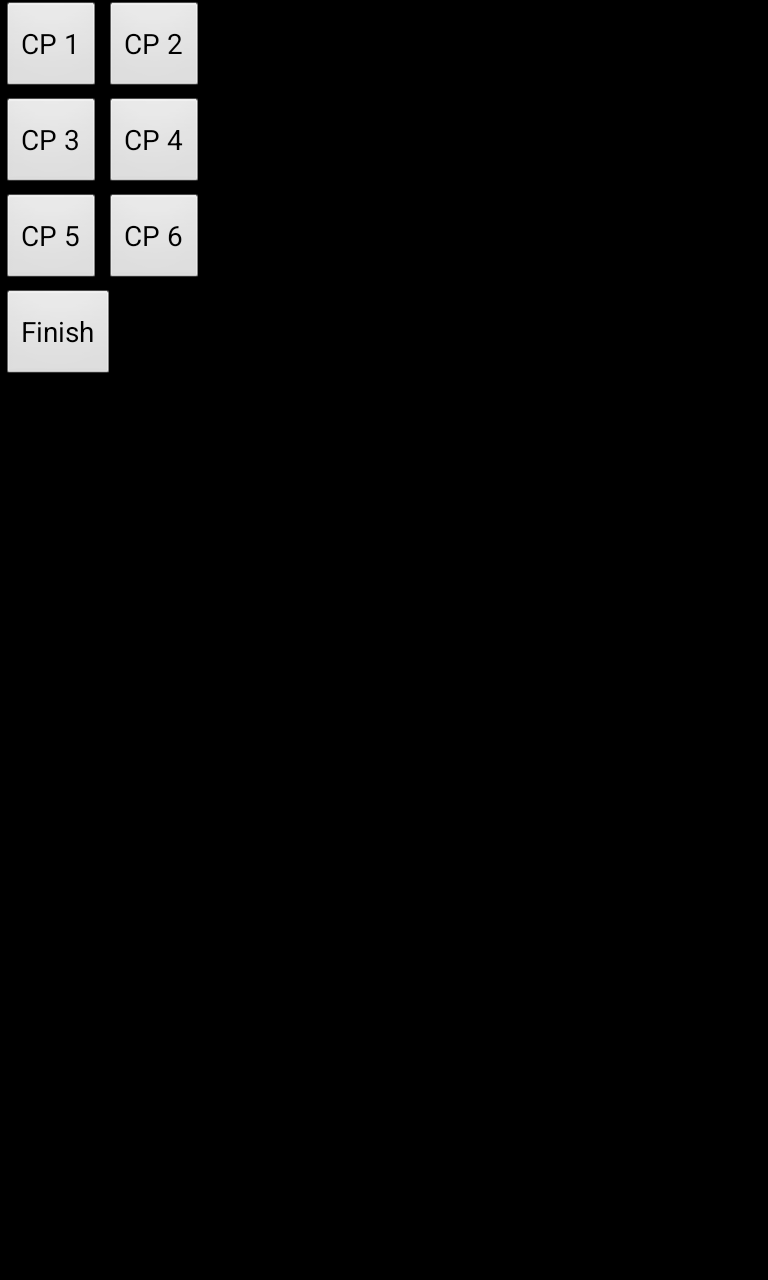
Repository: lotze/AndroidCheckpointScanner
Layout: checkpoint_android_app/res/layout/main.xml
These files come from the project's save history. The layout is drawn as it stood at one moment and after the next save; the edit follows.
It is drawn on a 768 x 1280 px phone screen (xhdpi) without system bars, with theme android:Theme; the app's code is not run.

Above is the layout before, as saved 2011-05-20 00:25:50.

After the next save:
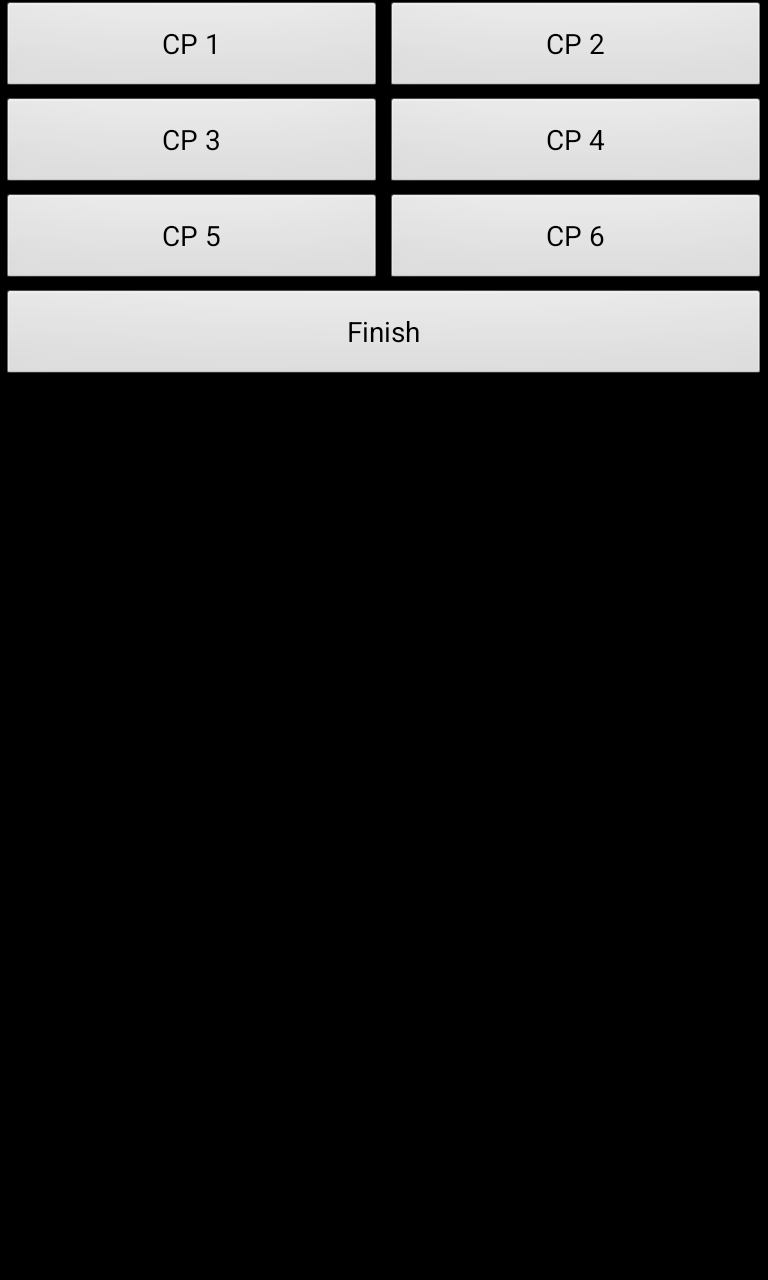
Saved 2 min 53 s later.
--- a/checkpoint_android_app/res/layout/main.xml
+++ b/checkpoint_android_app/res/layout/main.xml
@@ -5,19 +5,18 @@
     android:layout_height="fill_parent"
     >
     <TableLayout android:layout_height="wrap_content" android:layout_width="fill_parent" android:id="@+id/tableLayout1">
-        <TableRow android:id="@+id/tableRow1" android:layout_width="wrap_content" android:layout_height="wrap_content">
-            <Button android:layout_height="wrap_content" android:layout_width="wrap_content" android:text="@string/CP1" android:id="@+id/cp1_button"></Button>
-            <Button android:layout_height="wrap_content" android:layout_width="wrap_content" android:text="@string/CP2" android:id="@+id/cp2_button"></Button>
+        <TableRow android:id="@+id/tableRow1" android:layout_height="wrap_content" android:layout_gravity="center_horizontal" android:layout_weight="1" android:layout_width="fill_parent">
+            <Button android:layout_height="wrap_content" android:layout_width="wrap_content" android:text="@string/CP1" android:id="@+id/cp1_button" android:layout_weight="1"></Button>
+            <Button android:layout_height="wrap_content" android:layout_width="wrap_content" android:text="@string/CP2" android:id="@+id/cp2_button" android:layout_weight="1"></Button>
         </TableRow>
     </TableLayout>
-    <TableRow android:layout_height="wrap_content" android:layout_width="fill_parent" android:id="@+id/tableRow2">
-        <TableRow android:id="@+id/tableRow3" android:layout_width="wrap_content" android:layout_height="wrap_content"></TableRow>
-        <Button android:layout_height="wrap_content" android:layout_width="wrap_content" android:text="@string/CP3" android:id="@+id/cp3_button"></Button>
-        <Button android:layout_height="wrap_content" android:layout_width="wrap_content" android:text="@string/CP4" android:id="@+id/cp4_button"></Button>
+    <TableRow android:layout_height="wrap_content" android:id="@+id/tableRow2" android:layout_width="fill_parent" android:layout_gravity="top">
+        <Button android:layout_height="wrap_content" android:layout_width="wrap_content" android:text="@string/CP3" android:id="@+id/cp3_button" android:layout_weight="1"></Button>
+        <Button android:layout_height="wrap_content" android:layout_width="wrap_content" android:text="@string/CP4" android:id="@+id/cp4_button" android:layout_weight="1"></Button>
     </TableRow>
     <TableRow android:layout_height="wrap_content" android:layout_width="fill_parent" android:id="@+id/tableRow4">
-        <Button android:layout_width="wrap_content" android:layout_height="wrap_content" android:text="@string/CP5" android:id="@+id/cp5_button"></Button>
-        <Button android:layout_width="wrap_content" android:layout_height="wrap_content" android:text="@string/CP6" android:id="@+id/cp6_button"></Button>
+        <Button android:layout_height="wrap_content" android:text="@string/CP5" android:id="@+id/cp5_button" android:layout_width="wrap_content" android:layout_weight="1"></Button>
+        <Button android:layout_height="wrap_content" android:text="@string/CP6" android:id="@+id/cp6_button" android:layout_width="wrap_content" android:layout_weight="1"></Button>
     </TableRow>
-    <Button android:layout_width="wrap_content" android:layout_height="wrap_content" android:text="@string/Finish" android:id="@+id/finish_button"></Button>
+    <Button android:layout_height="wrap_content" android:text="@string/Finish" android:id="@+id/finish_button" android:layout_width="fill_parent"></Button>
 </LinearLayout>
